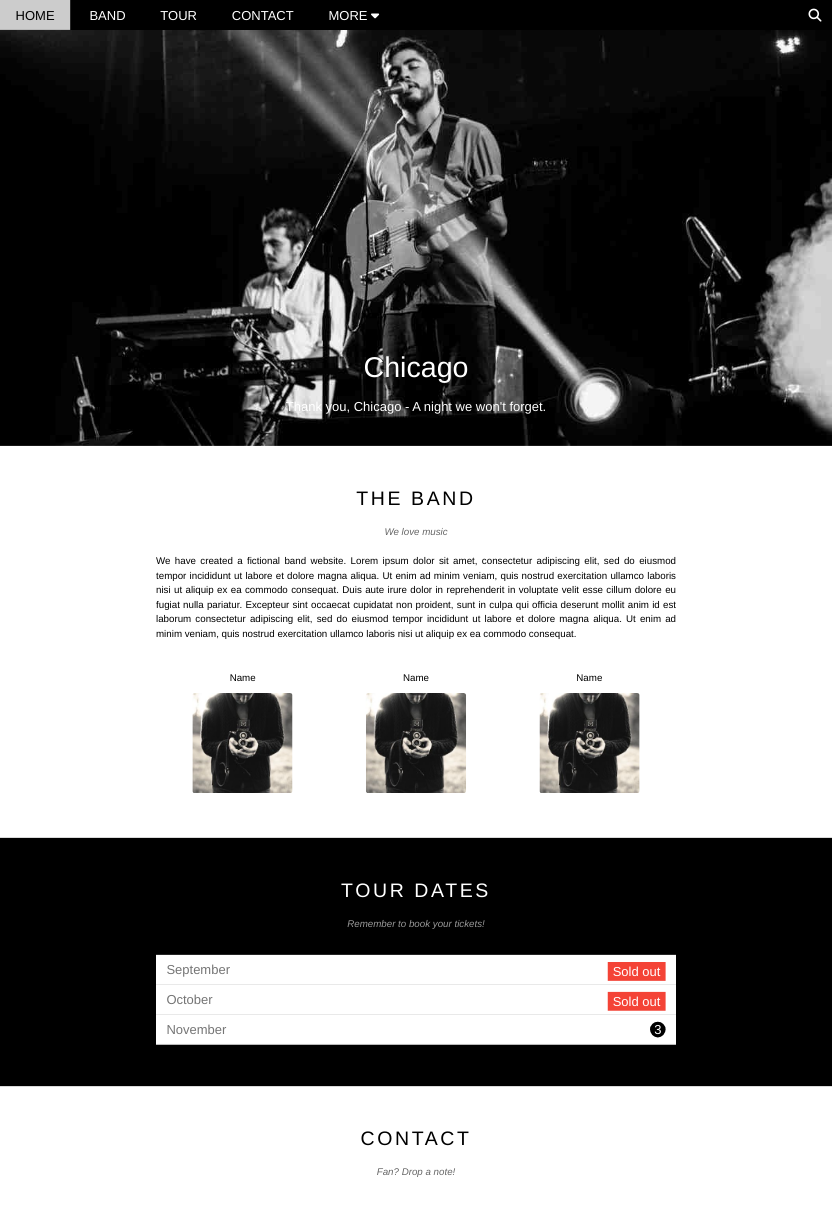
Repository: nugort/nugort.github.io
Page: f8/the-band/index.html
These files come from the project's save history. The page is drawn as it stood at one moment and after the next save; the edit follows.
The browser window is 1280 px wide. The pictures show the whole page, at 65% of full size.
Some web libraries are served in a nearby version.

Above is the page before, as saved 2022-02-08 04:48:48.

### f8/the-band/index.html
<!DOCTYPE html>
<html lang="en">

<head>
    <meta charset="UTF-8">
    <meta http-equiv="X-UA-Compatible" content="IE=edge">
    <meta name="viewport" content="width=device-width, initial-scale=1.0">
    <title>Document</title>
    <script src="https://kit.fontawesome.com/28e152e343.js" crossorigin="anonymous"></script>
    <link rel="stylesheet" href="./assets/css/styles.css">
</head>

<body>
    <div id="main">
        <!-- Header -->
        <div id="header">

            <!-- Navigation -->
            <ul id="nav">
                <li>
                    <a href="#">Home</a>
                </li>

                <li>
                    <a href="#">Band</a>
                </li>

                <li>
                    <a href="#">Tour</a>
                </li>

                <li>
                    <a href="#">Contact</a>
                </li>

                <li>
                    <a href="#">More <i class="fas fa-caret-down"></i></a>
                    <ul class="subnav">
                        <li>
                            <a href="#">Merchandise</a>
                        </li>

                        <li>
                            <a href="#">Extras</a>
                        </li>

                        <li>
                            <a href="#">Media</a>
                        </li>
                    </ul>
                </li>
            </ul>

            <!-- Search -->
            <div class="nav-search">
                <a href="#"><i class="nav-search-icon fas fa-search"></i></a>
            </div>
        </div>

        <!-- Slider -->
        <div id="slider">
            <div class="slider-text">
                <h3 class="slider-text-title">
                    Chicago
                </h3>
                <p class="slider-text-dsc">
                    Thank you, Chicago - A night we won't forget.
                </p>
            </div>
        </div>

        <!-- Content -->
        <div id="content">
            <!-- About -->
            <div class="content-section">
                <h2 class="content-section-title">
                    The Band
                </h2>
                <p class="content-section-slogan">
                    We love music
                </p>
                <p class="about-content-section content">We have created a fictional band website. Lorem ipsum dolor sit
                    amet, consectetur adipiscing elit, sed do eiusmod tempor incididunt ut labore et dolore magna
                    aliqua. Ut enim ad minim veniam, quis nostrud exercitation ullamco laboris nisi ut aliquip ex ea
                    commodo consequat. Duis aute irure dolor in reprehenderit in voluptate velit esse cillum dolore eu
                    fugiat nulla pariatur. Excepteur sint occaecat cupidatat non proident, sunt in culpa qui officia
                    deserunt mollit anim id est laborum consectetur adipiscing elit, sed do eiusmod tempor incididunt ut
                    labore et dolore magna aliqua. Ut enim ad minim veniam, quis nostrud exercitation ullamco laboris
                    nisi ut aliquip ex ea commodo consequat.</p>
                <div class="band-members">
                    <div class="member">
                        <p class="member-name">Name</p>
                        <img src="./assets/img/band-members/bandmember.jpg" alt="Name" class="member-avt">
                    </div>

                    <div class="member">
                        <p class="member-name">Name</p>
                        <img src="./assets/img/band-members/bandmember.jpg" alt="Name" class="member-avt">
                    </div>

                    <div class="member">
                        <p class="member-name">Name</p>
                        <img src="./assets/img/band-members/bandmember.jpg" alt="Name" class="member-avt">
                    </div>
                    <div class="clear"></div>
                </div>
            </div>

            <!-- Tour -->
            <div class="tour-section">
                <div class="content-section text-white">
                    <h2 class="content-section-title text-white">
                        TOUR DATES
                    </h2>
                    <p class="content-section-slogan">
                        Remember to book your tickets!
                    </p>

                    <ul class="tickets-list">
                        <li>September <span class="sold-out">Sold out</span></li>
                        <li>October <span class="sold-out">Sold out</span></li>
                        <div class="clear"></div>
                        <li>November <span class="tickets-left">3</span></li>
                    </ul>
                </div>
            </div>

            <!-- Contact -->
            <div class="content-section">
                <h2 class="content-section-title">
                    CONTACT
                </h2>
                <p class="content-section-slogan">
                    Fan? Drop a note!
                </p>
            </div>
        </div>

        <div id="footer">

        </div>
    </div>
</body>

</html>

### f8/the-band/assets/css/styles.css
/* 3 kiểu dùng css
- inline (phèn)
- internal (cũng phèn)
-external (đúng đúng đúng) */

/* Các đơn vị hay dùng
* Absolute units
- px
- pt
- cm
- mm
- inch
- picture

* Relative units
- %
- rem (bằng kích cỡ chữ của thẻ html - mặc định là 16px)
- em  (bằng kích cỡ chữ của thẻ cha chứa nó gần nhất có set font-size)
- vw (chiều rộng bằng chiều ngang của màn hình hiển thị)
- vh (chiều cao bằng chiều dọc của màn hình hiển thị) */

/* Hàm trong css
- var(): gọi biến vào
- linearGradient()
- rgba()
- rgb
- calc(): tính toán
- attr() */

/* Pseudo-classes (lớp giả) */

:root {
    --text-color: #FFFFFF;
    --background-color: #00171F;
    --button-color: #003459;
    --other-color: #007EA7;
    --button-2nd-color: #00A8E8;
    --nav-heigh: 46px;
}  /* Đặt biến giống trong ngôn ngữ lập trình khác thôi =))) */

* {
    box-sizing: border-box;
    margin: 0;
    padding: 0;
} /* reset css */

html {
    font-family: Helvetica, sans-serif;
    font-size: 20px;
}
/*
Chọn cùng lúc nhiều Class, ID đưa qua css
Bôi đen điểm chung -> CTRL +  SHIFT + L -> Mũi tên qua phải ( > ) -> CTRL + SHIFT + ( > ) -> CTRL + C
-> Qua file css paste -> ALT + CLICK  -> # -> CTRL + ( > ) -> {}
 */

/*
1. Làm từ ngoài vào trong
2. Làm từ trên xuống dưới
3. Từ tổng quan đến chi tiết
*/

/*
1. Vị trí (Vị trí các phần; Header, Content, ...)
2. Kích thước
3. Màu sắc
4. Styles (Fonts chữ, tròn, vuông, ...)
*/

/*
Chiếc web này gồm
1. Header (Done)
    1.1. Navigation (Done)
    1.2. Search button  (Done)
2. Slider (Done)
3. Content
    3.1. About
    3.2. Tour
    3.3. Contact
    3.4. Img
4. Footer
*/

.clear {
    content: " ";
    clear: both;
}

.text-white {
    color: #FFF !important;
}

#main{

}

#header{
    position: fixed;
    top: 0px;
    left: 0px;
    right: 0px;
    background-color: black;
    height: var(--nav-heigh);
    z-index: 1;
}

#nav {
    display: inline-block;
}

#nav, .subnav {
    list-style-type: none;
}

#nav > li {
    display: inline-block;
}

#nav  li {
    position: relative;
}

#nav > li > a {
    color: #FFFFFF;
    text-transform: uppercase;
}

#nav li a {
    text-decoration: none;
    line-height: var(--nav-heigh);
    padding: 0px 24px;
    /* padding: 12px 24px; */
}

#nav > li:hover .subnav {
    display: block;
}

#nav > li:hover > a {
    display: inline-block;
    color: #000;
    background-color: #CCC;
}

#nav .subnav {
    display: none;
    position: absolute;
    top: 100%;
    left: 0px;
    background-color: #FFF;
    color: #000;
    box-shadow: 0 0 10px rgba(0, 0, 0, 0.3);
}

#nav .subnav a {
    display: block;
    color: #000;
    min-width: 160px;
    padding: 0px 12px;
    line-height: 38px ;
}

#nav .subnav li:hover a {
    color: #000;
    background-color: #CCC;
}

#header .nav-search {
    display: inline-block;
    float: right;
    line-height: var(--nav-heigh);
    padding: 0px 16px ;
}

#header .nav-search a {
    color: #FFF;
}

#header .nav-search:hover {
    background-color: #F44336 !important;
    cursor: pointer;
}

#slider {
    /* background-color: #CCC;
    height: 1000px; */
    position: relative;
    margin-top: var(--nav-heigh);
    padding-top: 50%;
    background: url('/the-band/assets/img/slider-1/chicago.jpg') top center / cover, no-repeat;
    /* https://youtu.be/BmkVXoKoqVA?t=640 */
}

#slider .slider-text{
    color: #FFF;
    position: absolute;
    bottom: 48px;
    /* left: 50%;
    transform: translateX(-50%); */

    /* left: 0px;
    right: 0px; */

    width: 100%;
    text-align: center;
}

#slider .slider-text-title{
    font-size: 220%;
    font-weight: 500;
    font-style: 24px;
    margin-bottom: 25px;
}

#slider .slider-text-dsc{
    font-style: 15px;
}


#content {

}

#content .content-section {
    width: 800px;
    margin: auto;
    padding: 64px 0px;
}

#content .content-section-title {
    font-weight: 500;
    font-size: 30px;
    text-transform: uppercase;
    letter-spacing: 4px;

}

#content .content-section-slogan {
    font-style: italic;
    font-size: 15px;
    margin-top: 25px;
    opacity: 0.6;
}

#content .about-content-section.content {
    font-size: 15px;
    margin-top: 25px;
    text-align: justify;
    line-height: 1.5;
}

#content .content-section-title,
#content .content-section-slogan {
    text-align: center;
}

#content .band-members{
    margin-top: 48px;
}

#content .member {
    text-align: center;
    float: left;
    width: calc(100% / 3);
}

#content .member-name {
    font-size: 15px;
}

#content .member-avt {
    margin-top: 15px;
    width: 154px;
    border-radius: 4px;
}


.tour-section {
    background-color: #000;
}

.tickets-list {
    margin-top: 40px;
    color: #000;
    background-color: #FFF;
}

.tickets-list li {
    list-style: none;
    color: #757575;
    font: 15px;
    padding: 11px 16px;
    border-bottom: 1px solid #DDD;
}

.tickets-list .sold-out {
    float: right;
    color: #FFF;
    background-color: #F44336;
    padding: 3px 8px;

}

.tickets-list .tickets-left {
    float: right;
    color: #FFF;
    background-color: #000;
    border-radius: 50%;
    width: 24px;
    height: 24px;
    text-align: center;
    line-height: 24px;
}

#footer {

}

After the next save:
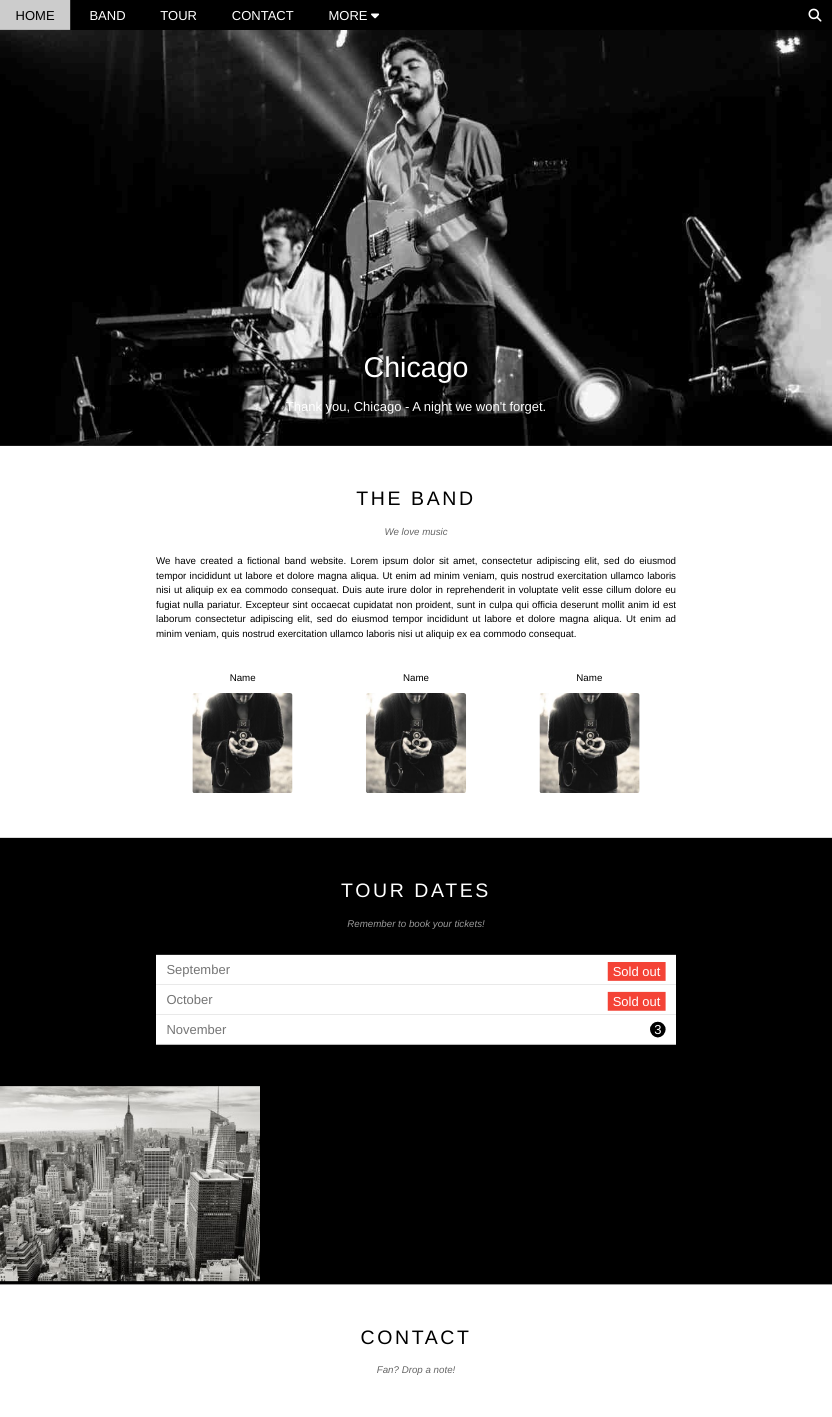
Saved 20 min 56 s later.
--- a/f8/the-band/index.html
+++ b/f8/the-band/index.html
@@ -116,12 +116,20 @@
                         Remember to book your tickets!
                     </p>
 
+                    <!-- Tickets -->
                     <ul class="tickets-list">
                         <li>September <span class="sold-out">Sold out</span></li>
                         <li>October <span class="sold-out">Sold out</span></li>
                         <div class="clear"></div>
                         <li>November <span class="tickets-left">3</span></li>
                     </ul>
+                </div>
+
+                <!-- Tour places -->
+                <div class="tour-places">
+                    <div class="place">
+                        <img src="./assets/img/tour-places/newyork.jpg" alt="New York" class="place-img">
+                    </div>
                 </div>
             </div>
 
